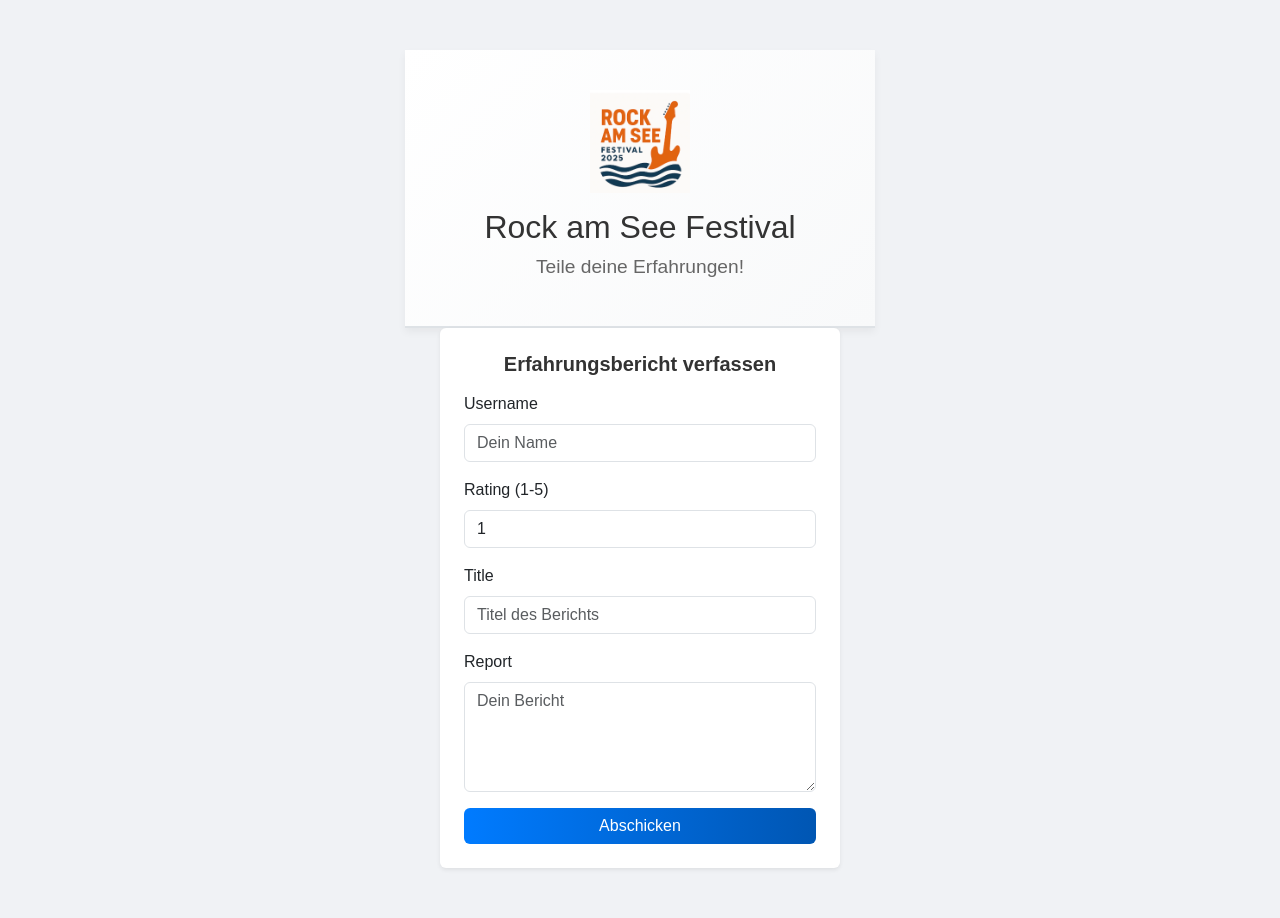
Repository: Hajimohammadi-KI/Web-Technologien
Page: / (app in Teilleistung_04/Teilleistung_04/RockAmSee-Reviews/rock-am-see/)
The author's editor kept a copy of each file at every save. The page is drawn from the files as they stood at one save, then again after the next save.
The browser window is 1280 px wide. The pictures show the whole page.
The project was rebuilt for these pictures with package versions that can differ from the ones it lists, and the page was loaded fresh each time. Also part of the build but not shown: Teilleistung_04/Teilleistung_04/RockAmSee-Reviews/rock-am-see/svelte.config.js, Teilleistung_04/Teilleistung_04/RockAmSee-Reviews/rock-am-see/vite.config.js.

Above is the page before, as saved 2025-07-11 23:59:22.

After the next save:
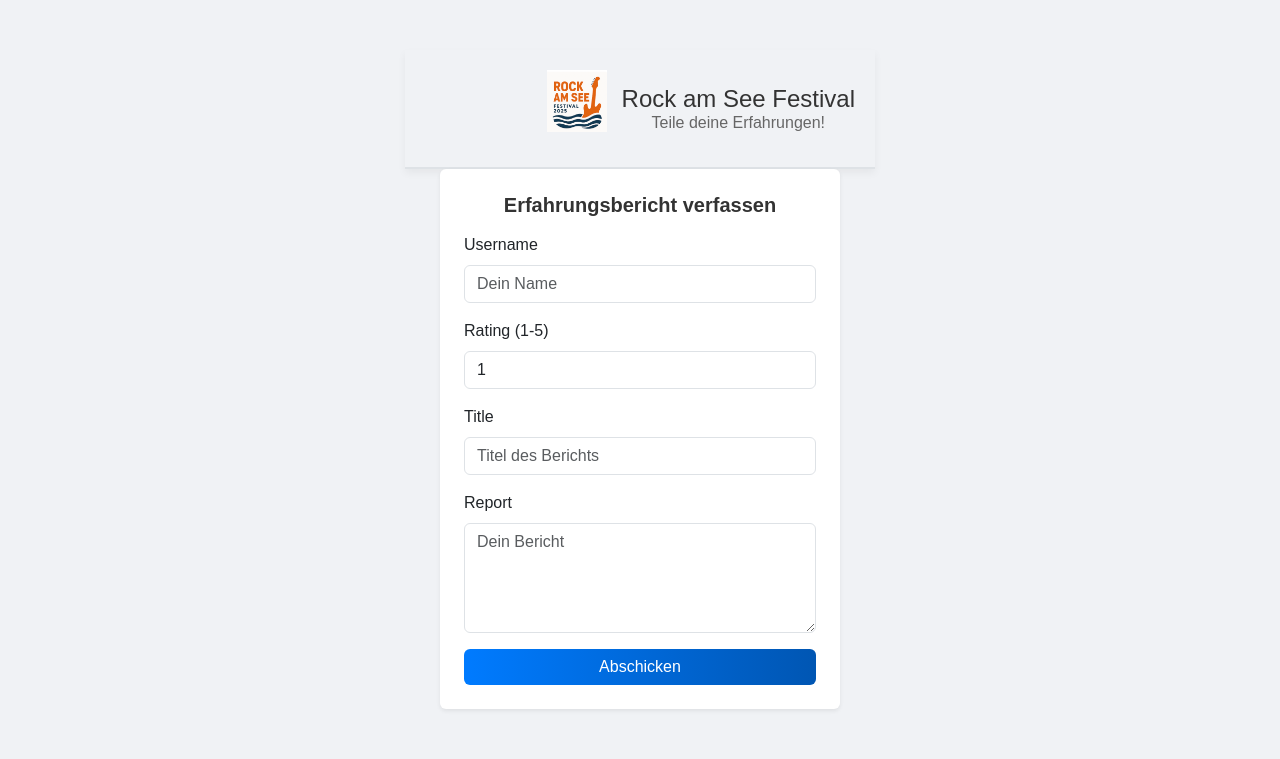
Saved 100 min 1 s later.
--- a/Teilleistung_04/Teilleistung_04/RockAmSee-Reviews/rock-am-see/src/Header.svelte
+++ b/Teilleistung_04/Teilleistung_04/RockAmSee-Reviews/rock-am-see/src/Header.svelte
@@ -1,10 +1,43 @@
-<!-- src/Header.svelte -->
+<!-- Header.svelte -->
 <script>
   export let logoUrl = "";
 </script>
 
 <header>
-  <img src={logoUrl} alt="Festival Logo" width="100" />
-  <h1>Rock am See Festival</h1>
-  <h2>Teile deine Erfahrungen!</h2>
+  <div class="logo-wrapper">
+    <img src={logoUrl} alt="Festival Logo" />
+    <div class="title-wrapper">
+      <h1>Rock am See Festival</h1>
+      <h2>Teile deine Erfahrungen!</h2>
+    </div>
+  </div>
 </header>
+
+<style>
+  header {
+    padding: 20px;
+    background: transparent;
+  }
+
+  .logo-wrapper {
+    display: flex;
+    align-items: center;
+  }
+
+  .logo-wrapper img {
+    width: 60px; /* Kleines Logo */
+    height: auto;
+    margin-right: 15px;
+  }
+
+  .title-wrapper h1 {
+    margin: 0;
+    font-size: 1.5rem;
+  }
+
+  .title-wrapper h2 {
+    margin: 0;
+    font-size: 1rem;
+    color: #666;
+  }
+</style>
